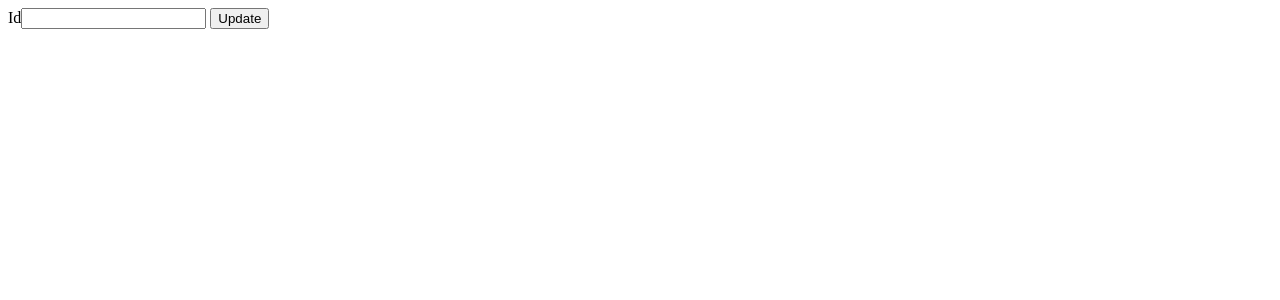
Repository: ramakrishnan1997/ram_javatraining
Page: crudemployeetest/CrudOperationEmp/src/main/webapp/delete.html
These files come from the project's save history. The page is drawn as it stood at one moment and after the next save; the edit follows.
The browser window is 1280 px wide. The pictures show the whole page.

Above is the page before, as saved 2022-06-13 08:09:10.

### crudemployeetest/CrudOperationEmp/src/main/webapp/delete.html
<!DOCTYPE html>
<html>
<head>
<meta charset="UTF-8">
<title>Insert title here</title>
</head>
<body>
<form action ="DeleteServlet">
Id<input type="text" name="Id">
<input type="submit" value="Update" >
</form>
</body>
</html>

After the next save:
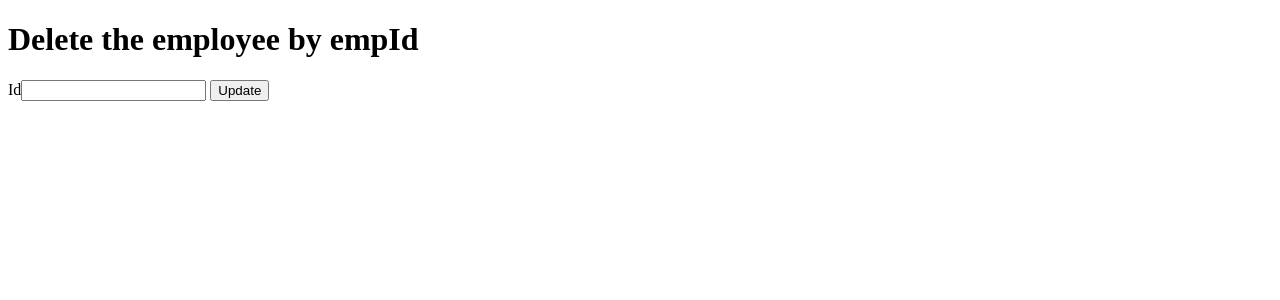
Saved 67 s later.
--- a/crudemployeetest/CrudOperationEmp/src/main/webapp/delete.html
+++ b/crudemployeetest/CrudOperationEmp/src/main/webapp/delete.html
@@ -5,6 +5,7 @@
 <title>Insert title here</title>
 </head>
 <body>
+<h1>Delete the employee by empId</h1>
 <form action ="DeleteServlet">
 Id<input type="text" name="Id">
 <input type="submit" value="Update" >
